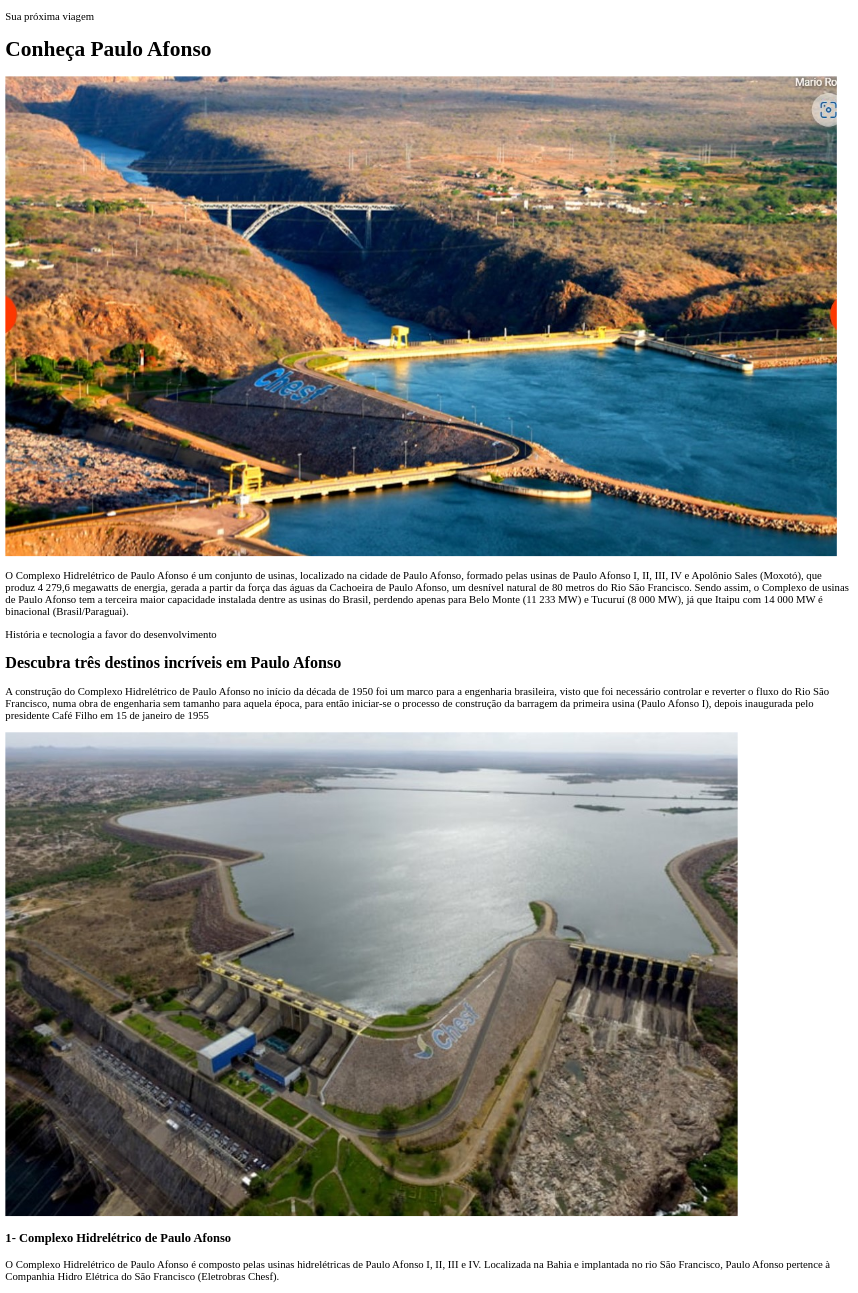
Repository: JeffRodFer/testeGitXGithub
Page: index.html
These files come from the project's save history. The page is drawn as it stood at one moment and after the next save; the edit follows.
The browser window is 1280 px wide. The pictures show the whole page, at 67% of full size.

Above is the page before, as saved 2025-03-15 18:34:32.

After the next save:
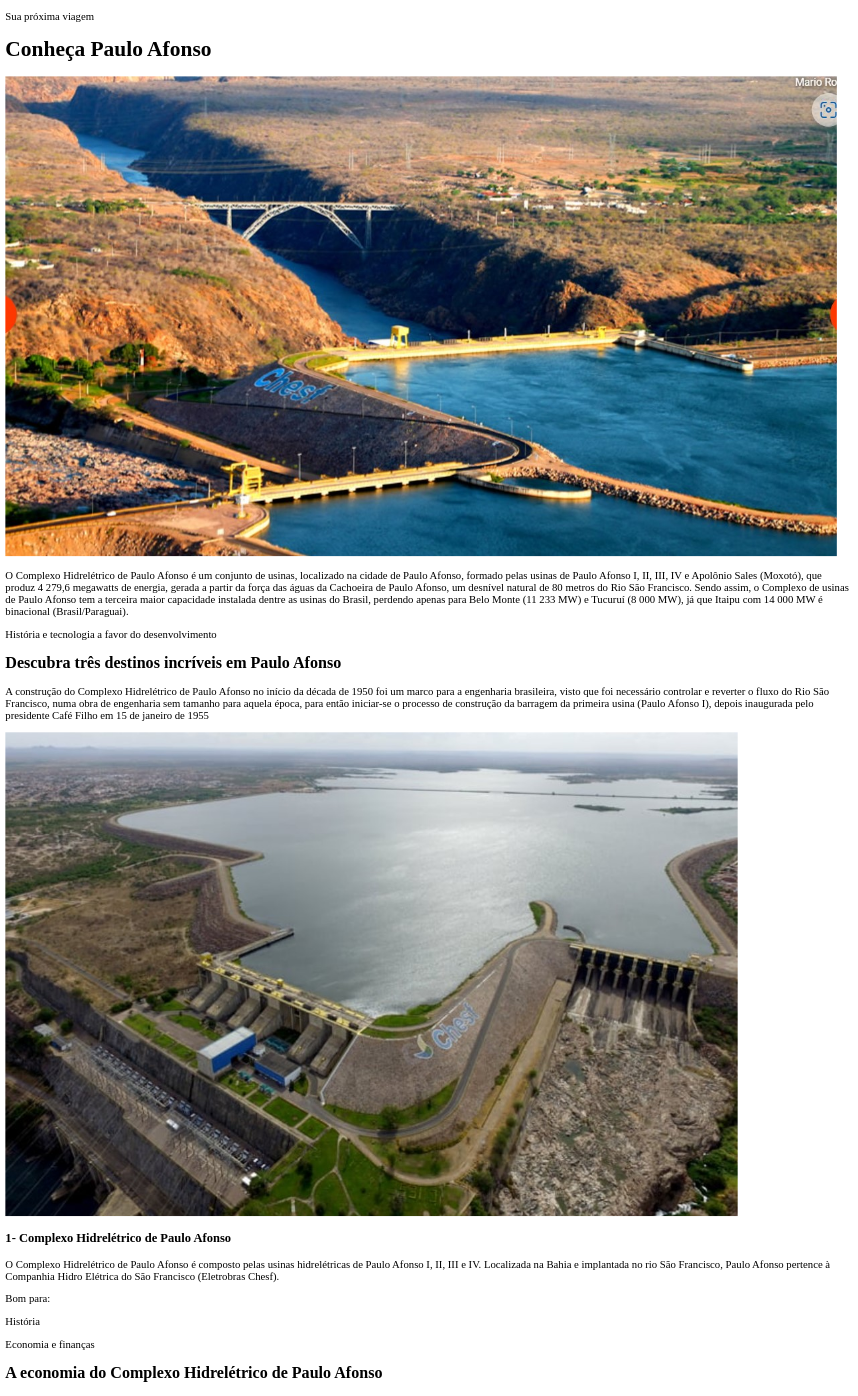
Saved 10 min 43 s later.
--- a/index.html
+++ b/index.html
@@ -6,26 +6,34 @@
     <title>Local Turístico</title>
 </head>
 <body>
-    <div>
-        <p>Sua próxima viagem</p>
-        <h1>Conheça Paulo Afonso</h1>
-        <section>
-            <img src="assets/main.jpg" alt="visão geral da hidroelêtrica">
-            <p>O Complexo Hidrelétrico de Paulo Afonso é um conjunto de usinas, localizado na cidade de Paulo Afonso, formado pelas usinas de Paulo Afonso I, II, III, IV e Apolônio Sales (Moxotó), que produz 4 279,6 megawatts de energia, gerada a partir da força das águas da Cachoeira de Paulo Afonso, um desnível natural de 80 metros do Rio São Francisco. Sendo assim, o Complexo de usinas de Paulo Afonso tem a terceira maior capacidade instalada dentre as usinas do Brasil, perdendo apenas para Belo Monte (11 233 MW) e Tucuruí (8 000 MW), já que Itaipu com 14 000 MW é binacional (Brasil/Paraguai). </p>
-        </section>
-        <section>
-            <p>História e tecnologia a favor do desenvolvimento</p>
-            <h2>Descubra três destinos incríveis em Paulo Afonso</h2>
-            <p>
-                A construção do Complexo Hidrelétrico de Paulo Afonso no início da década de 1950 foi um marco para a engenharia brasileira, visto que foi necessário controlar e reverter o fluxo do Rio São Francisco, numa obra de engenharia sem tamanho para aquela época, para então iniciar-se o processo de construção da barragem da primeira usina (Paulo Afonso I), depois inaugurada pelo presidente Café Filho em 15 de janeiro de 1955
-            </p>
-            <img src="assets/hidroele.jpg" alt="hidroelêtrica">
-                <h3>1- Complexo Hidrelétrico de Paulo Afonso</h3>
-                <p>
-                    O Complexo Hidrelétrico de Paulo Afonso é composto pelas usinas hidrelétricas de Paulo Afonso I, II, III e IV. Localizada na Bahia e implantada no rio São Francisco, Paulo Afonso pertence à Companhia Hidro Elétrica do São Francisco (Eletrobras Chesf).
-                </p>
-        </section>
+    <main>
+        <div>
+            <p>Sua próxima viagem</p>
+            <h1>Conheça Paulo Afonso</h1>
+            <section>
+                <img src="assets/main.jpg" alt="visão geral da hidroelêtrica">
+                <p>O Complexo Hidrelétrico de Paulo Afonso é um conjunto de usinas, localizado na cidade de Paulo Afonso, formado pelas usinas de Paulo Afonso I, II, III, IV e Apolônio Sales (Moxotó), que produz 4 279,6 megawatts de energia, gerada a partir da força das águas da Cachoeira de Paulo Afonso, um desnível natural de 80 metros do Rio São Francisco. Sendo assim, o Complexo de usinas de Paulo Afonso tem a terceira maior capacidade instalada dentre as usinas do Brasil, perdendo apenas para Belo Monte (11 233 MW) e Tucuruí (8 000 MW), já que Itaipu com 14 000 MW é binacional (Brasil/Paraguai). </p>
+            </section>
+            <section>
+                    <p>História e tecnologia a favor do desenvolvimento</p>
+                    <h2>Descubra três destinos incríveis em Paulo Afonso</h2>
+                    <p>
+                    A construção do Complexo Hidrelétrico de Paulo Afonso no início da década de 1950 foi um marco para a engenharia brasileira, visto que foi necessário controlar e reverter o fluxo do Rio São Francisco, numa obra de engenharia sem tamanho para aquela época, para então iniciar-se o processo de construção da barragem da primeira usina (Paulo Afonso I), depois inaugurada pelo presidente Café Filho em 15 de janeiro de 1955
+                     </p>
+                    <img src="assets/hidroele.jpg" alt="hidroelêtrica">
+                    <h3>1- Complexo Hidrelétrico de Paulo Afonso</h3>
+                    <p>
+                     O Complexo Hidrelétrico de Paulo Afonso é composto pelas usinas hidrelétricas de Paulo Afonso I, II, III e IV. Localizada na Bahia e implantada no rio São Francisco, Paulo Afonso pertence à Companhia Hidro Elétrica do São Francisco (Eletrobras Chesf).
+                    </p>
+                    <P>Bom para:</P>
+                    <p>História</p>
+            </section>
+            <section>
+                <p>Economia e finanças</p>
+                <h2>A economia do Complexo Hidrelétrico de Paulo Afonso</h2>
+            </section>
 
-    </div>
+        </div>
+    </main>
 </body>
 </html>
